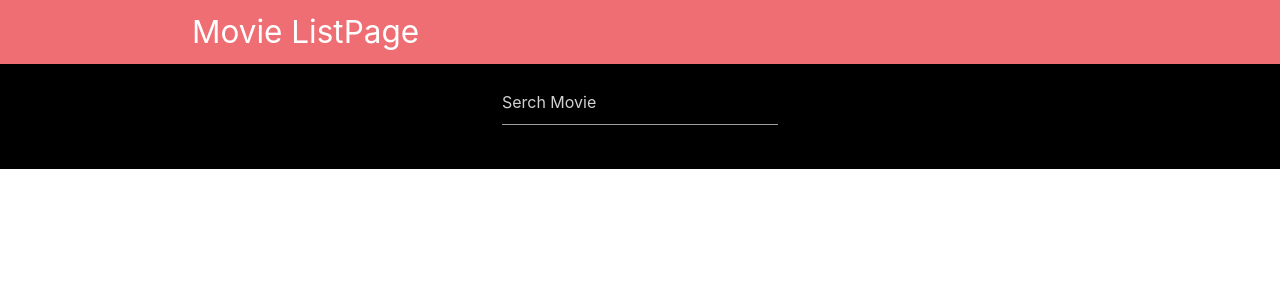
Repository: Reiya-1003/React-Ts-Node-App
Page: /
An editor plug-in stored every save of this project. The page is shown before and after the next save, followed by the edit.
The browser window is 1280 px wide. The pictures show the whole page.
The page's requests for data from a server got no answer. The project was rebuilt for these pictures with package versions that can differ from the ones it lists, and the page was loaded fresh each time. A package was used in the major version that the imports need, not the one package.json lists. No one was signed in, and anything a server would have sent is missing. Also part of the build but not shown: src/Styles.module.css, src/components/Detail.tsx.

Above is the page before, as saved 2021-11-18 11:09:31.

### public/index.html
<!DOCTYPE html>
<html lang="en">
  <head>
    <meta charset="utf-8" />
    <link rel="icon" href="%PUBLIC_URL%/favicon.ico" />
    <meta name="viewport" content="width=device-width, initial-scale=1" />
    <meta name="theme-color" content="#000000" />
    <meta
      name="description"
      content="Web site created using create-react-app"
    />
    <link rel="apple-touch-icon" href="%PUBLIC_URL%/logo192.png" />
    <!--
      manifest.json provides metadata used when your web app is installed on a
      user's mobile device or desktop. See https://developers.google.com/web/fundamentals/web-app-manifest/
    -->
    <link rel="manifest" href="%PUBLIC_URL%/manifest.json" />
    <link
      rel="stylesheet"
      href="https://cdnjs.cloudflare.com/ajax/libs/materialize/1.0.0/css/materialize.min.css"
    />
    <!--
      Notice the use of %PUBLIC_URL% in the tags above.
      It will be replaced with the URL of the `public` folder during the build.
      Only files inside the `public` folder can be referenced from the HTML.

      Unlike "/favicon.ico" or "favicon.ico", "%PUBLIC_URL%/favicon.ico" will
      work correctly both with client-side routing and a non-root public URL.
      Learn how to configure a non-root public URL by running `npm run build`.
    -->
    <title>React App</title>
  </head>
  <body>
    <noscript>You need to enable JavaScript to run this app.</noscript>
    <div id="root"></div>
    <!--
      This HTML file is a template.
      If you open it directly in the browser, you will see an empty page.

      You can add webfonts, meta tags, or analytics to this file.
      The build step will place the bundled scripts into the <body> tag.

      To begin the development, run `npm start` or `yarn start`.
      To create a production bundle, use `npm run build` or `yarn build`.
    -->
  </body>
</html>

### src/index.tsx
import React from "react";
import ReactDOM from "react-dom";

import App from "./components/App";

import reportWebVitals from "./reportWebVitals";

interface Props {
  sum: number;
  per: number;
  onChange: (e: { page: number }) => void;
}

ReactDOM.render(
  <React.StrictMode>
    <App />
  </React.StrictMode>,
  document.getElementById("root")
);

// If you want to start measuring performance in your app, pass a function
// to log results (for example: reportWebVitals(console.log))
// or send to an analytics endpoint. Learn more: https://bit.ly/CRA-vitals
reportWebVitals();

### src/components/App.tsx
import React, { createContext, useState } from "react";
import Nav from "./Nav";
import Seathbox from "./Searthbox";
import Detail from "./Detail";
import {
  BrowserRouter as Router,
  Switch,
  Route,
  BrowserRouter,
} from "react-router-dom";

export const MovieContext = createContext<any>([]);
export const SerchContext = createContext<any>("");
export const TotalContext = createContext<any>(0);
export const CurrentContext = createContext<any>(1);

interface Props {
  sum?: number;
  per?: number;
  onChange?: (e: { page: number }) => void;
}

export const App: React.FC<Props> = (props) => {
  const [movies, setMovies] = useState<any>([]);
  const [searchTerm, setSearchterm] = useState<any>("");
  const [totalResulte, setTotal] = useState<any>(0);
  const [currentPage, setCurrent] = useState<any>(1);

  const handlePaginate = (page: number) => {
    fetch(
      `https://api.themoviedb.org/3/search/movie?api_key=78eb03987f34d05d918381d81d8257fe&language=ja-JA&page=1&query=${searchTerm}&page=${page}`
    )
      .then((data) => data.json())
      .then((data) => {
        console.log(data);
        const newResult = data.results;
        const newCurrent = page;
        setMovies(newResult);
        setCurrent(newCurrent);
      });
  };

  return (
    <div className="App" style={{ backgroundColor: "black" }}>
      <Router>
        <Nav />
        <Switch>
          <MovieContext.Provider value={movies}>
            <SerchContext.Provider value={searchTerm}>
              <TotalContext.Provider value={totalResulte}>
                <CurrentContext.Provider value={currentPage}>
                  <Route path="/" exact component={Seathbox} />
                  <Route path="/detail/:item_id" exact component={Detail} />
                </CurrentContext.Provider>
              </TotalContext.Provider>
            </SerchContext.Provider>
          </MovieContext.Provider>
        </Switch>
      </Router>
    </div>
  );
};

export default App;

### src/components/Nav.tsx
import React from "react";

const Nav = () => {
  return (
    <nav>
      <div className=".nav-wrapper container grey darken-4">
        <a href="" className="brand-logo">
          Movie ListPage
        </a>
      </div>
    </nav>
  );
};

export default Nav;

### src/components/Searthbox.tsx
import React, { useContext, useState, useEffect } from "react";
import {
  BrowserRouter as Router,
  Route,
  Link,
  Switch,
  useHistory,
  useParams,
} from "react-router-dom";
import {
  MovieContext,
  SerchContext,
  CurrentContext,
  TotalContext,
} from "./App";

import MuiPagination from "@material-ui/lab/Pagination";
import { withStyles } from "@material-ui/core/styles";

const Searthbox = ({ pageContext }: any) => {
  let Movie = useContext(MovieContext); //映画のコンテキスト
  const Search = useContext(SerchContext); //検索ボックス用のコンテキスト
  const [movies, setMovies] = useState<any>({}); //検索したワードの映画の表示に使う
  const [firstList, setFirstList] = useState<any>([]); //最初にアクセスした画面の映画の表示
  const [searchTerm, setSearchterm] = useState<string>(); //検索ワードが入る

  let [pageLinks, setLinks]: any = useState([]); //検索結果の映画のトータルページを数える
  const IMG_PATH = "https://image.tmdb.org/t/p/w1280"; //映画の画像のパスに使う
  const [page, setPage] = useState(1); //ページの個数を保存するその数だけページングを作る

  let newListItem = [];

  useEffect(() => {
    fetch(
      "https://api.themoviedb.org/3/movie/now_playing?api_key=78eb03987f34d05d918381d81d8257fe&language=ja&page=1"
    )
      .then((response) => {
        return response.json();
      })
      .then((firstdata) => {
        //取得したJSONデータの処理
        const newFirstlist = firstdata.results;
        setFirstList(newFirstlist);
        console.log(firstdata.results);
        console.log(firstList);
        Movie.push(newFirstlist);
      })
      .catch((error) => {
        //エラー発生時の処理
        console.log("error");
      });
  }, []); //最初に出てくる映画のリスト（時期によって変わる）

  const handleSubmit = (e: React.FormEvent<HTMLFormElement>) => {
    e.preventDefault();

    fetch(
      `https://api.themoviedb.org/3/search/movie?api_key=78eb03987f34d05d918381d81d8257fe&language=ja-JA&page=1&query=${searchTerm}`
    )
      .then((data) => data.json())
      .then((data) => {
        console.log(data);
        const newResult = data.results;

        setMovies(newResult);

        console.log(movies);
        Movie.shift();
        Movie.push(data.results);
        let newLinks = [];

        for (let i = 0; i < data.total_pages; i++) {
          newLinks.push(i + 1);
        }
        setLinks(newLinks);
        console.log(data.total_pages);
      });
  }; //検索するときのonSbmit

  const handleChange = (e: string | any) => {
    const newSerch = e.target.value;
    setSearchterm(newSerch);
    console.log(searchTerm);
  }; //入力した単語をserchTerm（検索ワード）にセットするonChange

  const handleChangePage = (
    event: React.ChangeEvent<unknown>,
    value: number
  ) => {
    event.preventDefault();
    const newValue = value;
    setPage(newValue);
    console.log(newValue); //リアルタイムでページ番号
    fetch(
      `https://api.themoviedb.org/3/search/movie?api_key=78eb03987f34d05d918381d81d8257fe&language=ja-JA&page=1&query=${searchTerm}&page=${newValue}`
    )
      .then((data) => data.json())
      .then((data) => {
        console.log(data);
        const newResult = data.results;

        Movie.shift();
        Movie.push(newResult);
        console.log(Movie[0]);
      });
  }; //ページ番号ごとの映画を表示するonChange

  return (
    // 検索ボックス
    <div className="container">
      <div className="row">
        <section className="col s4 offset-s4">
          <form action="" onSubmit={handleSubmit}>
            <div className="input-field">
              <input
                placeholder="Serch Movie"
                type="text"
                onChange={handleChange}
              />
            </div>
          </form>
        </section>
      </div>
      {/* 映画の一覧（２０件分）  */}
      <div className="container">
        <div className="row">
          <div className="col s12">
            {Movie.length === 0
              ? firstList.map((list: any, i: any) => {
                  return (
                    <div className="col s12 m6 l3" key={i}>
                      <div className="card">
                        <div className="card-image waves-effect waves-block waves-light">
                          <img
                            src={IMG_PATH + list.poster_path}
                            alt="card image"
                            style={{ width: "100%", height: 360 }}
                          ></img>
                        </div>
                        <div className="card-content">
                          <p>
                            <Link to={`/detail/${list.id}`}>View Details</Link>
                          </p>
                        </div>
                      </div>
                    </div>
                  );
                })
              : Movie[0].map((list: any, i: any) => {
                  return (
                    <div className="col s12 m6 l3" key={i}>
                      <div className="card">
                        <div className="card-image waves-effect waves-block waves-light">
                          <img
                            src={IMG_PATH + list.poster_path}
                            alt="card image"
                            style={{ width: "100%", height: 360 }}
                          ></img>
                        </div>
                        <div className="card-content">
                          <p>
                            <Link to={`/detail/${list.id}`}>View Details</Link>
                          </p>
                        </div>
                      </div>
                    </div>
                  );
                })}
          </div>
        </div>
      </div>
      {/* ページネーション */}
      <div>
        {Movie.length === 0 ? (
          <p></p>
        ) : (
          <div>
            <MuiPagination
              count={pageLinks.length}
              page={page}
              variant="outlined"
              color="primary"
              onChange={handleChangePage}
            />
            {/* <p>page：{page}</p> */}
          </div>
        )}
      </div>
    </div>
  );
};

export default Searthbox;

Loaded but not shown: src/reportWebVitals.ts (common file)

After the next save:
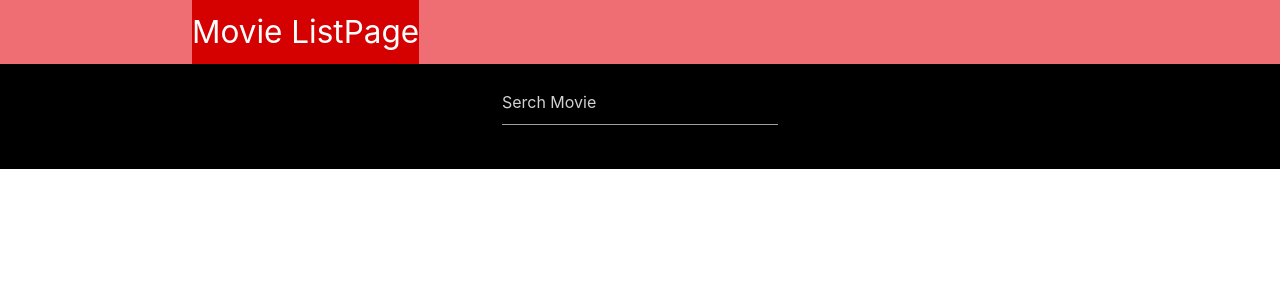
Saved 55 s later.
--- a/src/components/Nav.tsx
+++ b/src/components/Nav.tsx
@@ -4,7 +4,7 @@ const Nav = () => {
   return (
     <nav>
       <div className=".nav-wrapper container grey darken-4">
-        <a href="" className="brand-logo">
+        <a href="" className="brand-logo red accent-4">
           Movie ListPage
         </a>
       </div>
